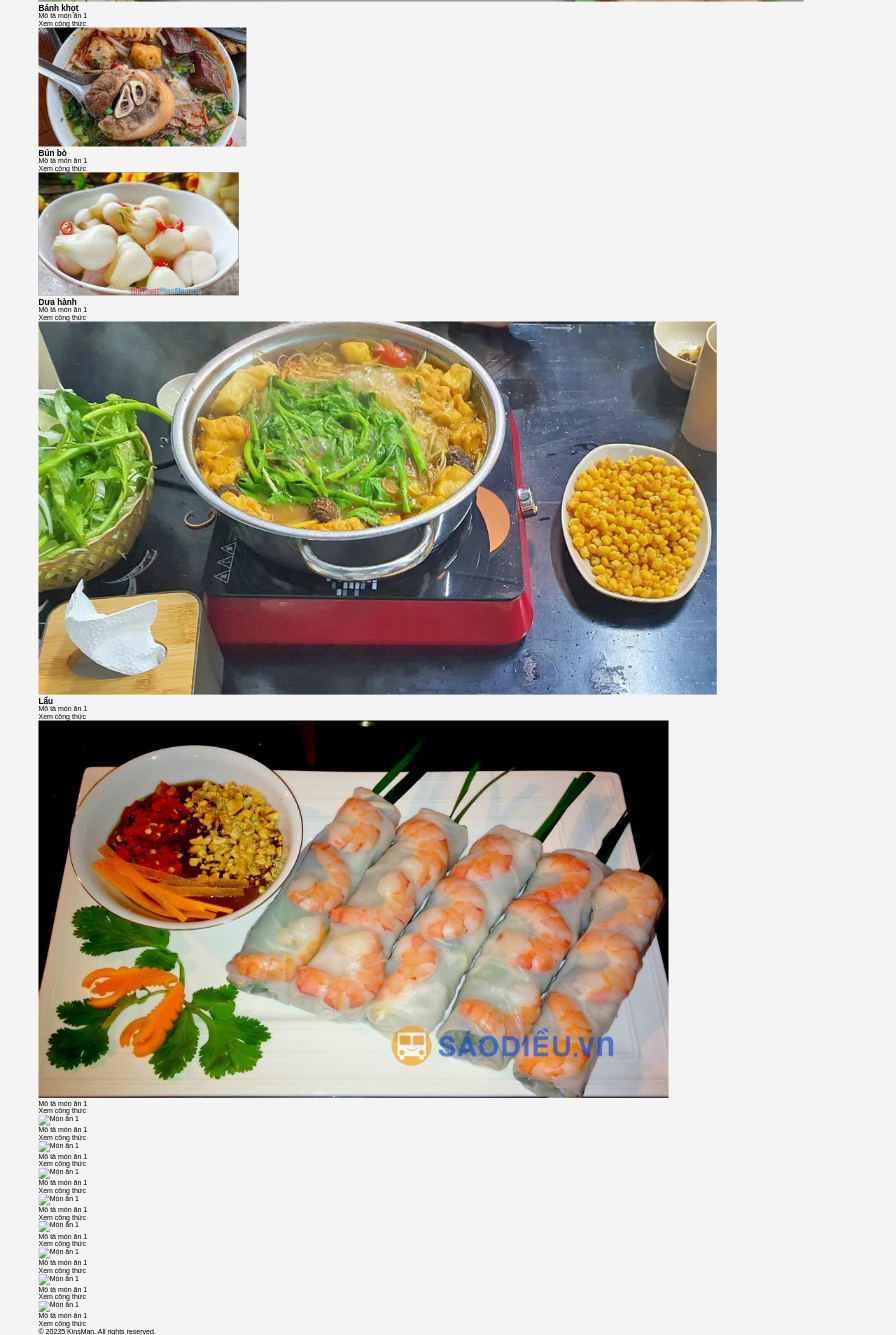
Repository: hoang28092000/how-food
Page: index.html
An editor plug-in stored every save of this project. The page is shown before and after the next save, followed by the edit.
The browser window is 1280 px wide. The pictures show the part of the page from y = 1746 to 3666 px (the page is 3653 px tall before and 3666 px after), at 70% of full size.

Above is the page before, as saved 2025-04-14 23:56:41.

After the next save:
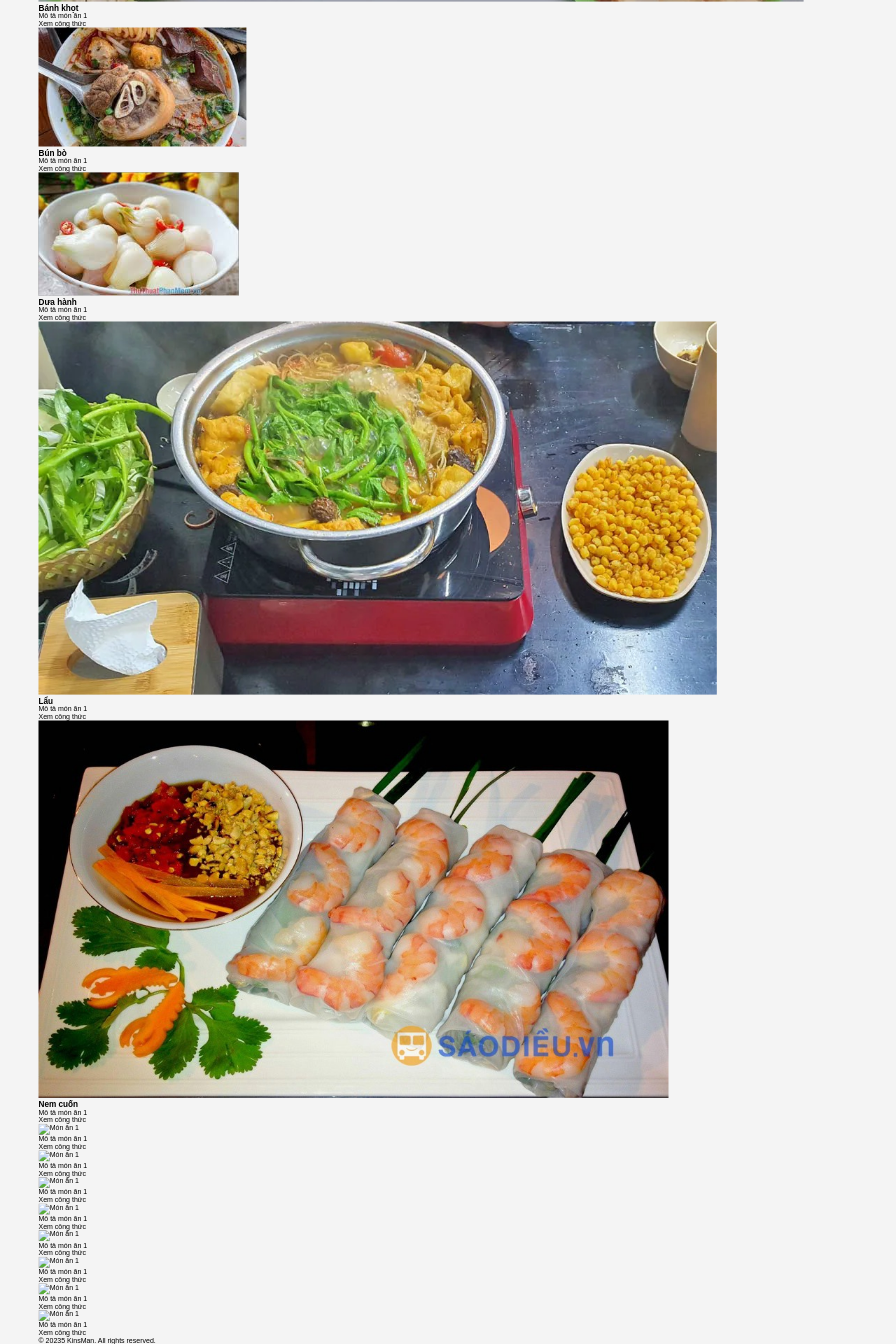
Saved 5 s later.
--- a/index.html
+++ b/index.html
@@ -67,7 +67,7 @@
                 <div class="food-item">
                     <img src="./image/nemccuon.jpg" alt="Món ăn 1" class="food-image">
                     <div class="info-card">
-                        <h3 class="food-name"></h3>
+                        <h3 class="food-name">Nem cuốn</h3>
                         <p class="food-description">Mô tả món ăn 1</p>
                         <a class="btn-card">Xem công thức</a>
                     </div>
